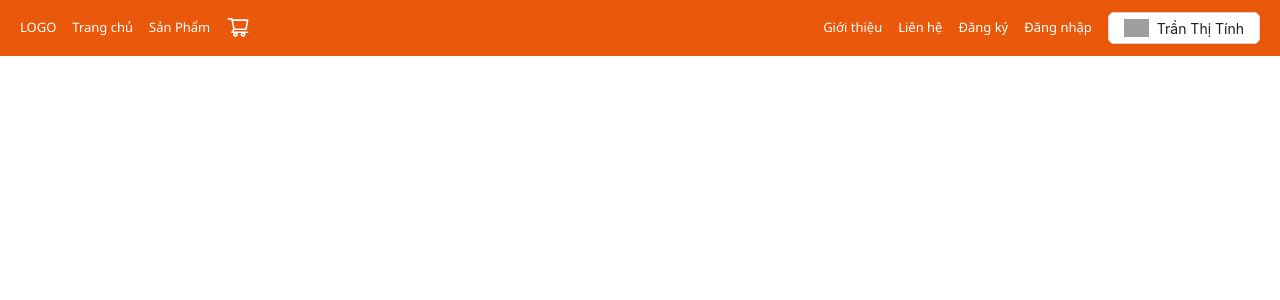
Repository: TinhTT336/MD02_Session15
Page: / (app in client/)
The author's editor kept a copy of each file at every save. The page is drawn from the files as they stood at one save, then again after the next save.
The browser window is 1280 px wide. The pictures show the whole page.
Pictures or frames that could not be fetched are drawn as grey boxes. The project was rebuilt for these pictures with package versions that can differ from the ones it lists, and the page was loaded fresh each time. Also part of the build but not shown: client/vite.config.js.

Above is the page before, as saved 2023-09-15 09:32:40.

After the next save:
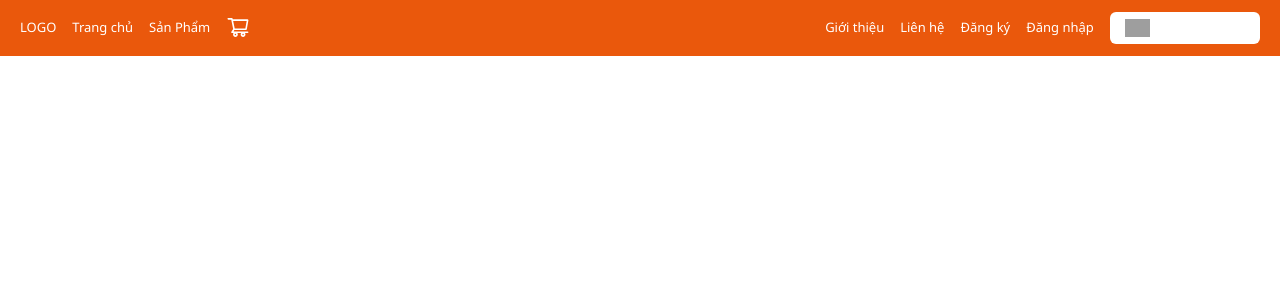
Saved 93 s later.
--- a/client/src/components/user/header/Header.jsx
+++ b/client/src/components/user/header/Header.jsx
@@ -54,7 +54,7 @@ export default function Header() {
                         placement="bottomLeft"
                         arrow
                     >
-                        <Button>
+                        <Button className='border-none shadow-none text-white hover:text-gray-600'>
                             <div className='flex items-center gap-2'>
                                 <img
                                     height={25} width={25} src="https://yt3.googleusercontent.com/-CFTJHU7fEWb7BYEb6Jh9gm1EpetvVGQqtof0Rbh-VQRIznYYKJxCaqv_9HeBcmJmIsp2vOO9JU=s900-c-k-c0x00ffffff-no-rj" alt="" />
